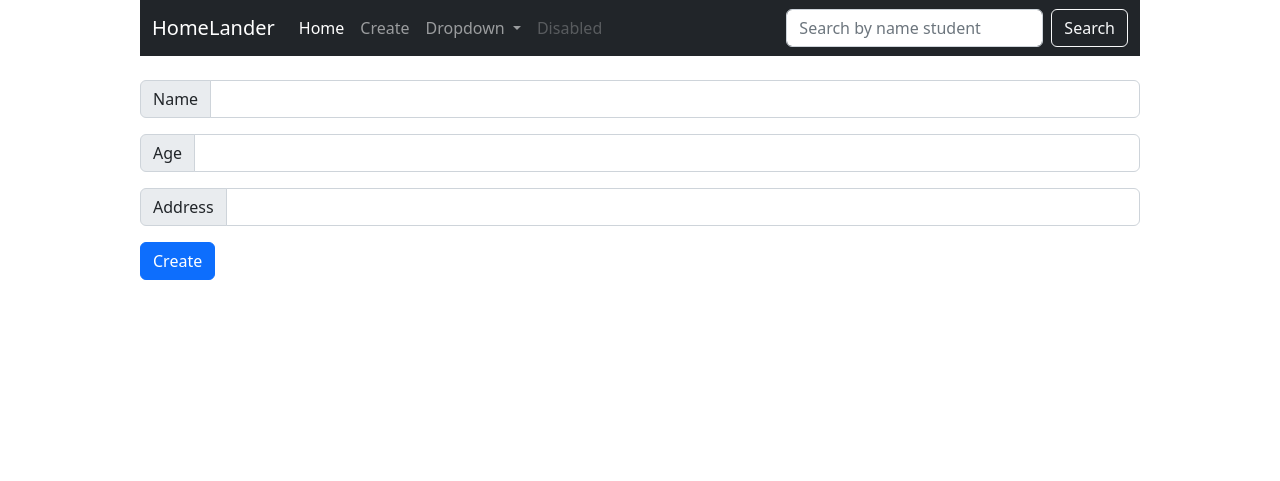
Repository: nguyenhung50497/MD3_thiThucHanh
Page: src/views/create.html
The author's editor kept a copy of each file at every save. The page is drawn from the files as they stood at one save, then again after the next save.
The browser window is 1280 px wide. The pictures show the whole page.

Above is the page before, as saved 2023-01-05 09:29:11.

After the next save:
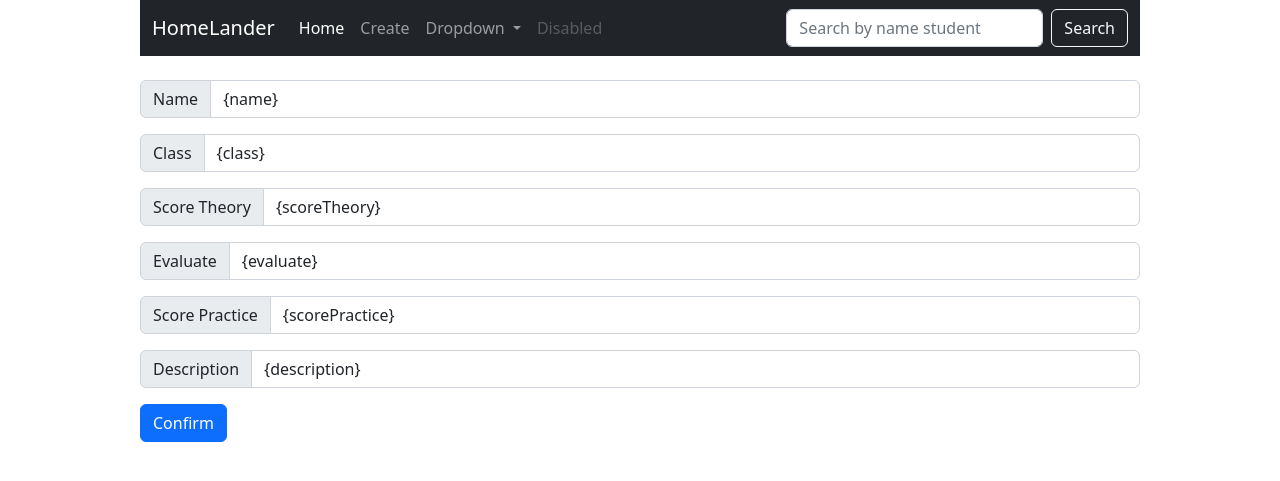
Saved 15 s later.
--- a/src/views/create.html
+++ b/src/views/create.html
@@ -48,19 +48,30 @@
       <form action="/student/create" method="post">
         <div class="input-group mb-3">
           <span class="input-group-text" id="inputGroup-sizing-default">Name</span>
-          <input type="text" name="name" class="form-control" aria-label="Sizing example input" aria-describedby="inputGroup-sizing-default">
+          <input type="text" name="name" value="{name}" class="form-control" aria-label="Sizing example input" aria-describedby="inputGroup-sizing-default">
         </div>
         <div class="input-group mb-3">
-          <span class="input-group-text" id="inputGroup-sizing-default">Age</span>
-          <input type="text" name="age" class="form-control" aria-label="Sizing example input" aria-describedby="inputGroup-sizing-default">
+          <span class="input-group-text" id="inputGroup-sizing-default">Class</span>
+          <input type="text" name="class" value="{class}" class="form-control" aria-label="Sizing example input" aria-describedby="inputGroup-sizing-default">
         </div>
         <div class="input-group mb-3">
-          <span class="input-group-text" id="inputGroup-sizing-default">Address</span>
-          <input type="text" name="address" class="form-control" aria-label="Sizing example input" aria-describedby="inputGroup-sizing-default">
+          <span class="input-group-text" id="inputGroup-sizing-default">Score Theory</span>
+          <input type="text" name="scoreTheory" value="{scoreTheory}" class="form-control" aria-label="Sizing example input" aria-describedby="inputGroup-sizing-default">
         </div>
-
-        <button type="submit" class="btn btn-primary">Create</button>
-    </form>
+        <div class="input-group mb-3">
+          <span class="input-group-text" id="inputGroup-sizing-default">Evaluate</span>
+          <input type="text" name="evaluate" value="{evaluate}" class="form-control" aria-label="Sizing example input" aria-describedby="inputGroup-sizing-default">
+        </div>
+        <div class="input-group mb-3">
+          <span class="input-group-text" id="inputGroup-sizing-default">Score Practice</span>
+          <input type="text" name="scorePractice" value="{scorePractice}" class="form-control" aria-label="Sizing example input" aria-describedby="inputGroup-sizing-default">
+        </div>
+        <div class="input-group mb-3">
+          <span class="input-group-text" id="inputGroup-sizing-default">Description</span>
+          <input type="text" name="description" value="{description}" class="form-control" aria-label="Sizing example input" aria-describedby="inputGroup-sizing-default">
+        </div>
+        <button type="submit" class="btn btn-primary">Confirm</button>
+      </form>
     </div>
     <script src="https://cdn.jsdelivr.net/npm/bootstrap@5.2.3/dist/js/bootstrap.bundle.min.js" integrity="sha384-kenU1KFdBIe4zVF0s0G1M5b4hcpxyD9F7jL+jjXkk+Q2h455rYXK/7HAuoJl+0I4" crossorigin="anonymous"></script>
   </body>
